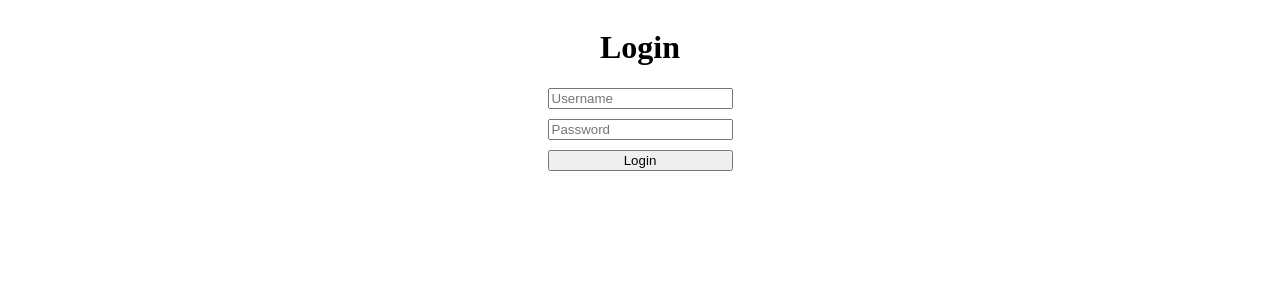
Repository: Appl3Kitti3/PROJECT_4537
Page: ClientSide/login.html
The author's editor kept a copy of each file at every save. The page is drawn from the files as they stood at one save, then again after a run of saves.
The browser window is 1280 px wide. The pictures show the whole page.

Above is the page before, as saved 2024-10-17 21:10:02.

### ClientSide/login.html
<!DOCTYPE html>
<html>
    <head>
        <title>Login</title>

        <style>
            .main-container
            {
                display: flex;
                flex-direction: column;
                align-items: center;
            }

            form
            {
                display: flex;
                flex-direction: column;
                gap: 10px;
            }

        </style>
    </head>

    <body>
        <div class="main-container">
            <h1>
                Login
            </h1>

            <form
                action="./story.html">
                <input type="text" id="username" placeholder="Username" />
                <input type="password" id="password" placeholder="Password" />
                <input type="submit" value="Login" />
            </form>

        </div>
    </body>
</html>

After the next 3 saves:
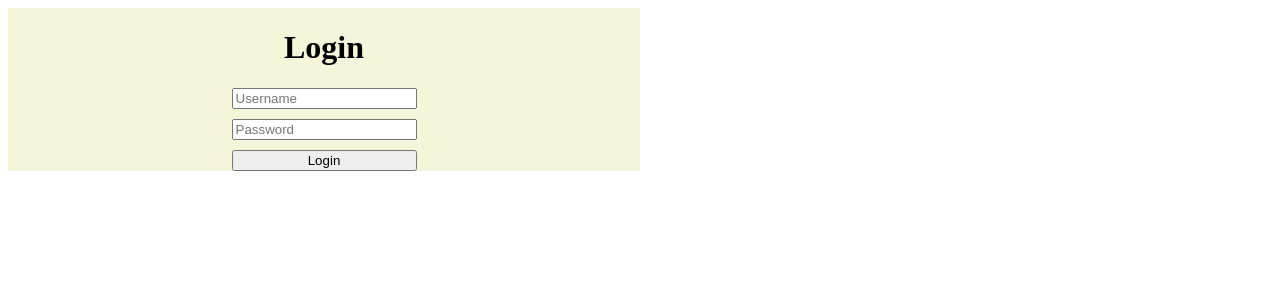
The 3 saves are shown as one change because they came seconds apart.
The last was saved 13 s later.
--- a/ClientSide/login.html
+++ b/ClientSide/login.html
@@ -9,6 +9,8 @@
                 display: flex;
                 flex-direction: column;
                 align-items: center;
+                background-color: beige;
+                width: 50%;
             }
 
             form
